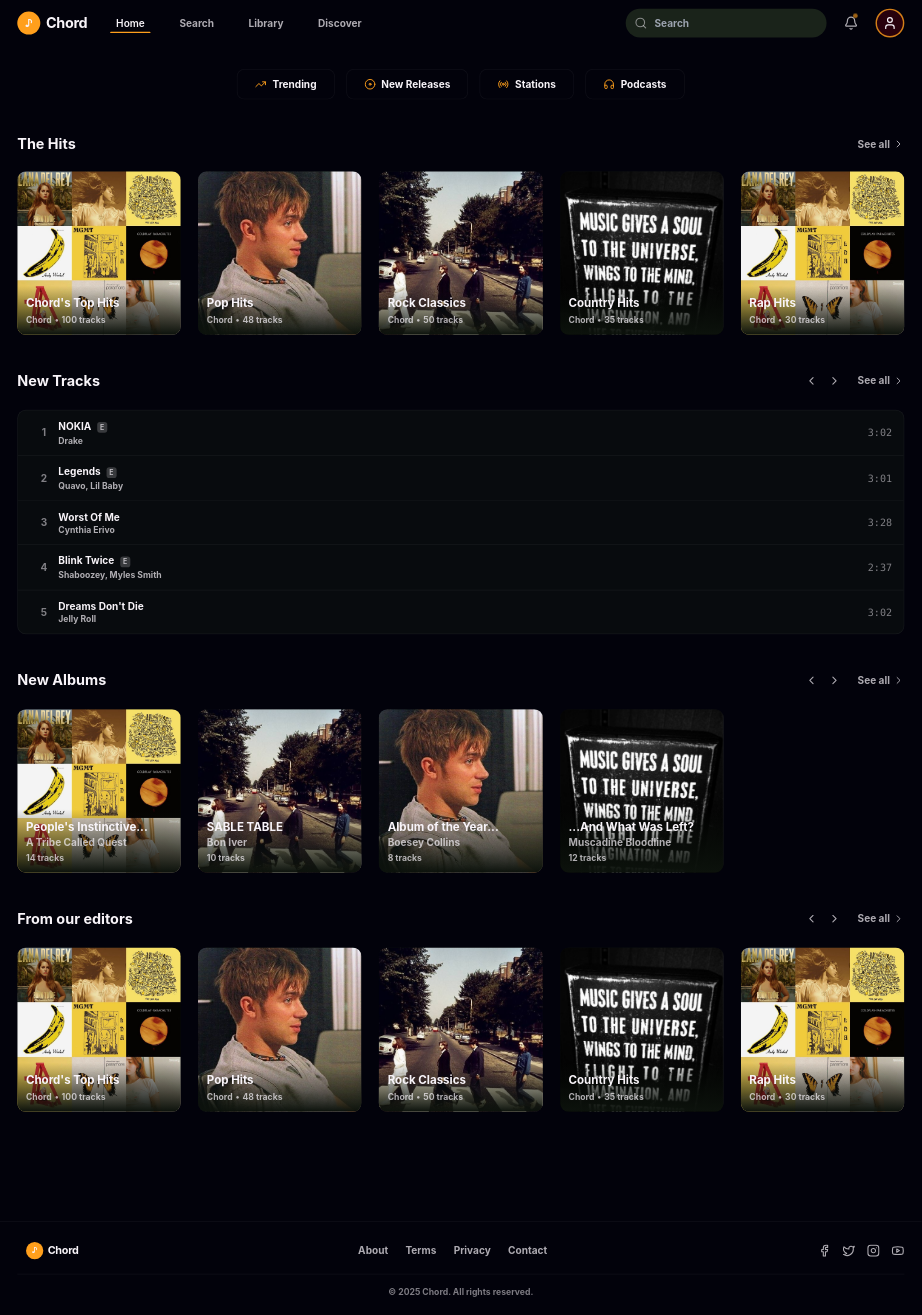
Repository: abhiijay/music-streaming-site
Page: /
These files come from the project's save history. The page is drawn as it stood at one moment and after the next save; the edit follows.
The browser window is 1280 px wide. The pictures show the whole page, at 72% of full size.
The project was rebuilt for these pictures with package versions that can differ from the ones it lists, and the page was loaded fresh each time. Also part of the build but not shown: vite.config.ts, src/components/ui/slider.tsx, src/components/now-playing.tsx, src/components/mini-player.tsx, src/pages/NotFound.tsx, src/hooks/use-toast.ts, src/components/ui/separator.tsx, src/pages/login.tsx and 17 more.

Above is the page before, as saved 2025-04-15 21:26:57.

### index.html
<!DOCTYPE html>
<html lang="en">
  <head>
    <meta charset="UTF-8" />
    <meta name="viewport" content="width=device-width, initial-scale=1.0" />
    <title>chord-blueprint-project</title>
    <meta name="description" content="Lovable Generated Project" />
    <meta name="author" content="Lovable" />

    <meta property="og:title" content="chord-blueprint-project" />
    <meta property="og:description" content="Lovable Generated Project" />
    <meta property="og:type" content="website" />
    <meta property="og:image" content="https://lovable.dev/opengraph-image-p98pqg.png" />

    <meta name="twitter:card" content="summary_large_image" />
    <meta name="twitter:site" content="@lovable_dev" />
    <meta name="twitter:image" content="https://lovable.dev/opengraph-image-p98pqg.png" />
  </head>

  <body>
    <div id="root"></div>
    <!-- IMPORTANT: DO NOT REMOVE THIS SCRIPT TAG OR THIS VERY COMMENT! -->
    <script src="https://cdn.gpteng.co/gptengineer.js" type="module"></script>
    <script type="module" src="/src/main.tsx"></script>
  </body>
</html>

### src/App.tsx

import { Routes, Route } from "react-router-dom";
import Index from "./pages/Index";
import NotFound from "./pages/NotFound";
import Login from "./pages/login";
import Album from "./pages/album";
import Playlist from "./pages/playlist";
import Collection from "./pages/collection";
import ForYou from "./pages/for-you";
import Explore from "./pages/explore";
import Search from "./pages/search";
import Notifications from "./pages/notifications";
import Artist from "./pages/artist";
import Profile from "./pages/profile";
import ViewAllPlaylists from "./pages/view-all-playlists";
import ViewAllAlbums from "./pages/view-all-albums";
import { PlayerProvider } from "./contexts/PlayerContext";
import "./index.css";

function App() {
  return (
    <PlayerProvider>
      <Routes>
        <Route path="/" element={<Index />} />
        <Route path="/login" element={<Login />} />
        <Route path="/album/:id" element={<Album />} />
        <Route path="/playlist/:id" element={<Playlist />} />
        <Route path="/collection" element={<Collection />} />
        <Route path="/collection/playlists" element={<Collection />} />
        <Route path="/collection/favorites" element={<Collection />} />
        <Route path="/for-you" element={<ForYou />} />
        <Route path="/explore" element={<Explore />} />
        <Route path="/search" element={<Search />} />
        <Route path="/notifications" element={<Notifications />} />
        <Route path="/artist/:id" element={<Artist />} />
        <Route path="/profile" element={<Profile />} />
        <Route path="/playlists" element={<ViewAllPlaylists />} />
        <Route path="/albums" element={<ViewAllAlbums />} />
        <Route path="*" element={<NotFound />} />
      </Routes>
    </PlayerProvider>
  );
}

export default App;

### src/components/layout.tsx

import { ReactNode, useState, useEffect } from "react";
import Header from "./header";
import NowPlaying from "./now-playing";
import { cn } from "@/lib/utils";
import MiniPlayer from "./mini-player";
import AmbientBackground from "./ambient-background";
import { Toaster } from "sonner";
import RippleEffect from "./ripple-effect";
import Footer from "./footer";
import { extractDominantColor } from "@/utils/colorUtils";
import { usePlayer } from "@/contexts/PlayerContext";
import { useLocation } from "react-router-dom";

interface LayoutProps {
  children: ReactNode;
  pageColor?: string; // For page-specific theming
}

const Layout = ({ children, pageColor }: LayoutProps) => {
  const [isScrolled, setIsScrolled] = useState(false);
  const [showMiniPlayer, setShowMiniPlayer] = useState(false);
  const [dominantColor, setDominantColor] = useState<string | undefined>(pageColor);
  const { currentSong } = usePlayer();
  const location = useLocation();
  const isHomePage = location.pathname === "/";

  // Extract dominant color from current song if available
  useEffect(() => {
    if (currentSong?.imageUrl) {
      extractDominantColor(currentSong.imageUrl)
        .then(color => {
          setDominantColor(color);
        })
        .catch(err => {
          console.error("Error extracting color:", err);
        });
    } else if (pageColor) {
      setDominantColor(pageColor);
    }
  }, [currentSong, pageColor]);

  useEffect(() => {
    const handleScroll = () => {
      if (window.scrollY > 300) {
        setShowMiniPlayer(true);
        setIsScrolled(true);
      } else {
        setShowMiniPlayer(false);
        setIsScrolled(false);
      }
    };

    window.addEventListener("scroll", handleScroll);
    return () => window.removeEventListener("scroll", handleScroll);
  }, []);

  return (
    <div className="min-h-screen text-chord-text flex flex-col bg-chord-bg">
      {/* Ambient background with enhanced visuals */}
      <AmbientBackground accentColor={dominantColor} />

      {/* Ripple effect for buttons */}
      <RippleEffect color="rgba(194, 1, 20, 0.3)" />

      {/* Toast notifications */}
      <Toaster
        position="top-right"
        closeButton
        className="z-[100]"
      />

      {/* Header */}
      <Header isScrolled={isScrolled} />

      {/* Main content */}
      <main className="pt-16 pb-20 transition-all duration-300 flex-grow">
        <div className="container mx-auto py-6 px-6 animate-fade-in">
          {children}
        </div>
      </main>

      {/* Footer */}
      <Footer />

      {/* Fixed mini player */}
      {showMiniPlayer && <MiniPlayer />}

      {/* Main player */}
      <NowPlaying dominantColor={dominantColor} />
    </div>
  );
};

export default Layout;

### src/components/section-header.tsx

import { Link } from "react-router-dom";
import { ChevronRight, ChevronLeft, ChevronRightIcon } from "lucide-react";
import { cn } from "@/lib/utils";

interface SectionHeaderProps {
  title: string;
  seeAllLink?: string;
  showControls?: boolean;
  className?: string;
}

const SectionHeader = ({
  title,
  seeAllLink,
  showControls = false,
  className,
}: SectionHeaderProps) => {
  return (
    <div
      className={cn(
        "flex items-center justify-between mb-6",
        className
      )}
    >
      <h2 className="text-lg md:text-xl font-bold text-chord-text">
        {title}
      </h2>

      <div className="flex items-center">
        {showControls && (
          <div className="hidden md:flex items-center mr-4">
            <button
              className="w-8 h-8 rounded-full flex items-center justify-center text-chord-text/70 hover:text-chord-text hover:bg-white/5 transition-all duration-200"
              aria-label="Previous"
            >
              <ChevronLeft size={18} />
            </button>
            <button
              className="w-8 h-8 rounded-full flex items-center justify-center text-chord-text/70 hover:text-chord-text hover:bg-white/5 transition-all duration-200"
              aria-label="Next"
            >
              <ChevronRight size={18} />
            </button>
          </div>
        )}

        {seeAllLink && (
          <Link
            to={seeAllLink}
            className="text-sm font-bold text-chord-text/70 hover:text-chord-red flex items-center transition-colors duration-200"
          >
            See all
            <ChevronRightIcon size={16} className="ml-1" />
          </Link>
        )}
      </div>
    </div>
  );
};

export default SectionHeader;

### src/components/ui/button.tsx
import * as React from "react"
import { Slot } from "@radix-ui/react-slot"
import { cva, type VariantProps } from "class-variance-authority"

import { cn } from "@/lib/utils"

const buttonVariants = cva(
  "inline-flex items-center justify-center gap-2 whitespace-nowrap rounded-md text-sm font-medium ring-offset-background transition-colors focus-visible:outline-none focus-visible:ring-2 focus-visible:ring-ring focus-visible:ring-offset-2 disabled:pointer-events-none disabled:opacity-50 [&_svg]:pointer-events-none [&_svg]:size-4 [&_svg]:shrink-0",
  {
    variants: {
      variant: {
        default: "bg-primary text-primary-foreground hover:bg-primary/90",
        destructive:
          "bg-destructive text-destructive-foreground hover:bg-destructive/90",
        outline:
          "border border-input bg-background hover:bg-accent hover:text-accent-foreground",
        secondary:
          "bg-secondary text-secondary-foreground hover:bg-secondary/80",
        ghost: "hover:bg-accent hover:text-accent-foreground",
        link: "text-primary underline-offset-4 hover:underline",
      },
      size: {
        default: "h-10 px-4 py-2",
        sm: "h-9 rounded-md px-3",
        lg: "h-11 rounded-md px-8",
        icon: "h-10 w-10",
      },
    },
    defaultVariants: {
      variant: "default",
      size: "default",
    },
  }
)

export interface ButtonProps
  extends React.ButtonHTMLAttributes<HTMLButtonElement>,
    VariantProps<typeof buttonVariants> {
  asChild?: boolean
}

const Button = React.forwardRef<HTMLButtonElement, ButtonProps>(
  ({ className, variant, size, asChild = false, ...props }, ref) => {
    const Comp = asChild ? Slot : "button"
    return (
      <Comp
        className={cn(buttonVariants({ variant, size, className }))}
        ref={ref}
        {...props}
      />
    )
  }
)
Button.displayName = "Button"

export { Button, buttonVariants }

### src/components/app-logo.tsx

import { cn } from "@/lib/utils";

interface AppLogoProps {
  size?: "small" | "medium" | "large";
  className?: string;
}

const AppLogo = ({ size = "medium", className }: AppLogoProps) => {
  return (
    <div className={cn(
      "flex items-center",
      size === "small" && "scale-75",
      size === "large" && "scale-125",
      className
    )}>
      <div className="flex items-center">
        <div className="w-8 h-8 bg-chord-red rounded-full flex items-center justify-center mr-2">
          <span className="text-chord-text font-bold text-sm">♪</span>
        </div>
        <span className="text-chord-text font-bold text-xl tracking-tight">Chord</span>
      </div>
    </div>
  );
};

export default AppLogo;

### src/components/ripple-effect.tsx

import { useEffect, useState } from "react";

interface RippleEffectProps {
  color?: string;
  duration?: number;
}

interface Ripple {
  x: number;
  y: number;
  size: number;
  id: number;
}

export const RippleEffect = ({ color = "rgba(255, 255, 255, 0.3)", duration = 600 }: RippleEffectProps) => {
  const [ripples, setRipples] = useState<Ripple[]>([]);

  useEffect(() => {
    const element = document.documentElement;
    let rippleCount = 0;

    const createRipple = (e: MouseEvent) => {
      // Only create ripple on buttons, links, and elements with ripple class
      const target = e.target as HTMLElement;

      if (
        target.tagName === "BUTTON" ||
        target.tagName === "A" ||
        target.classList.contains("ripple-effect") ||
        target.closest(".btn") ||
        target.closest(".ripple-effect")
      ) {
        // Get element position
        const rect = (e.currentTarget as HTMLElement).getBoundingClientRect();
        const x = e.clientX - rect.left;
        const y = e.clientY - rect.top;

        // Determine ripple size based on element's diagonal
        const size = Math.max(rect.width, rect.height) * 2;

        // Create new ripple
        const newRipple: Ripple = {
          x,
          y,
          size,
          id: rippleCount++
        };

        setRipples(prevRipples => [...prevRipples, newRipple]);

        // Remove ripple after animation
        setTimeout(() => {
          setRipples(prevRipples => prevRipples.filter(r => r.id !== newRipple.id));
        }, duration);
      }
    };

    // Add click listener to document
    document.addEventListener('mousedown', createRipple);

    return () => {
      document.removeEventListener('mousedown', createRipple);
    };
  }, [duration, color]);

  return (
    <>
      {ripples.map(ripple => (
        <span
          key={ripple.id}
          className="ripple absolute pointer-events-none rounded-full"
          style={{
            left: ripple.x - ripple.size / 2 + 'px',
            top: ripple.y - ripple.size / 2 + 'px',
            width: ripple.size + 'px',
            height: ripple.size + 'px',
            backgroundColor: color,
            animationDuration: duration + 'ms'
          }}
        />
      ))}
    </>
  );
};

export default RippleEffect;

### src/components/footer.tsx

import { Link } from "react-router-dom";
import { Facebook, Twitter, Instagram, Youtube } from "lucide-react";
import { cn } from "@/lib/utils";
import AppLogo from "./app-logo";

const Footer = () => {
  return (
    <footer className="border-t border-white/5 py-6">
      <div className="container mx-auto px-6">
        <div className="flex justify-between items-center">
          {/* Logo */}
          <div className="flex items-center">
            <AppLogo size="small" />
          </div>

          {/* Links */}
          <div className="flex items-center space-x-6">
            <Link to="/about" className="text-chord-text/70 hover:text-chord-text text-sm font-bold">
              About
            </Link>
            <Link to="/terms" className="text-chord-text/70 hover:text-chord-text text-sm font-bold">
              Terms
            </Link>
            <Link to="/privacy" className="text-chord-text/70 hover:text-chord-text text-sm font-bold">
              Privacy
            </Link>
            <Link to="/contact" className="text-chord-text/70 hover:text-chord-text text-sm font-bold">
              Contact
            </Link>
          </div>

          {/* Social Icons */}
          <div className="flex items-center space-x-4">
            <a
              href="https://facebook.com"
              target="_blank"
              rel="noopener noreferrer"
              className="text-chord-text/70 hover:text-chord-text hover:scale-110 transition-all duration-200"
            >
              <Facebook size={18} />
            </a>
            <a
              href="https://twitter.com"
              target="_blank"
              rel="noopener noreferrer"
              className="text-chord-text/70 hover:text-chord-text hover:scale-110 transition-all duration-200"
            >
              <Twitter size={18} />
            </a>
            <a
              href="https://instagram.com"
              target="_blank"
              rel="noopener noreferrer"
              className="text-chord-text/70 hover:text-chord-text hover:scale-110 transition-all duration-200"
            >
              <Instagram size={18} />
            </a>
            <a
              href="https://youtube.com"
              target="_blank"
              rel="noopener noreferrer"
              className="text-chord-text/70 hover:text-chord-text hover:scale-110 transition-all duration-200"
            >
              <Youtube size={18} />
            </a>
          </div>
        </div>

        <div className="mt-4 border-t border-white/5 pt-4 flex justify-center">
          <p className="text-chord-text/50 text-xs font-bold">
            &copy; {new Date().getFullYear()} Chord. All rights reserved.
          </p>
        </div>
      </div>
    </footer>
  );
};

export default Footer;

### src/components/ui/tooltip.tsx

import * as React from "react";
import * as TooltipPrimitive from "@radix-ui/react-tooltip";

import { cn } from "@/lib/utils";

const TooltipProvider = TooltipPrimitive.Provider;

const Tooltip = TooltipPrimitive.Root;

const TooltipTrigger = TooltipPrimitive.Trigger;

const TooltipContent = React.forwardRef<
  React.ElementRef<typeof TooltipPrimitive.Content>,
  React.ComponentPropsWithoutRef<typeof TooltipPrimitive.Content>
>(({ className, sideOffset = 4, ...props }, ref) => (
  <TooltipPrimitive.Content
    ref={ref}
    sideOffset={sideOffset}
    className={cn(
      "z-50 overflow-hidden rounded-md bg-chord-gray px-3 py-1.5 text-xs text-white animate-in fade-in-0 zoom-in-95 data-[state=closed]:animate-out data-[state=closed]:fade-out-0 data-[state=closed]:zoom-out-95 data-[side=bottom]:slide-in-from-top-2 data-[side=left]:slide-in-from-right-2 data-[side=right]:slide-in-from-left-2 data-[side=top]:slide-in-from-bottom-2",
      className
    )}
    {...props}
  />
));
TooltipContent.displayName = TooltipPrimitive.Content.displayName;

export { Tooltip, TooltipTrigger, TooltipContent, TooltipProvider };

### tailwind.config.ts

import type { Config } from "tailwindcss";

export default {
	darkMode: ["class"],
	content: [
		"./pages/**/*.{ts,tsx}",
		"./components/**/*.{ts,tsx}",
		"./app/**/*.{ts,tsx}",
		"./src/**/*.{ts,tsx}",
	],
	prefix: "",
	theme: {
		container: {
			center: true,
			padding: '2rem',
			screens: {
				'2xl': '1400px'
			}
		},
		extend: {
			colors: {
				border: 'hsl(var(--border))',
				input: 'hsl(var(--input))',
				ring: 'hsl(var(--ring))',
				background: 'hsl(var(--background))',
				foreground: 'hsl(var(--foreground))',
				primary: {
					DEFAULT: 'hsl(var(--primary))',
					foreground: 'hsl(var(--primary-foreground))'
				},
				secondary: {
					DEFAULT: 'hsl(var(--secondary))',
					foreground: 'hsl(var(--secondary-foreground))'
				},
				destructive: {
					DEFAULT: 'hsl(var(--destructive))',
					foreground: 'hsl(var(--destructive-foreground))'
				},
				muted: {
					DEFAULT: 'hsl(var(--muted))',
					foreground: 'hsl(var(--muted-foreground))'
				},
				accent: {
					DEFAULT: 'hsl(var(--accent))',
					foreground: 'hsl(var(--accent-foreground))'
				},
				popover: {
					DEFAULT: 'hsl(var(--popover))',
					foreground: 'hsl(var(--popover-foreground))'
				},
				card: {
					DEFAULT: 'hsl(var(--card))',
					foreground: 'hsl(var(--card-foreground))'
				},
				// Core Chord color palette
				'chord-bg': '#0C120C',
				'chord-red': '#C20114',
				'chord-text': '#F8F4F9',
				'chord-hover': '#1a231a',
				'chord-active': '#C20114',
			},
			borderRadius: {
				lg: 'var(--radius)',
				md: 'calc(var(--radius) - 2px)',
				sm: 'calc(var(--radius) - 4px)',
				'2xl': '1rem'
			},
			keyframes: {
				'accordion-down': {
					from: { height: '0' },
					to: { height: 'var(--radix-accordion-content-height)' },
				},
				'accordion-up': {
					from: { height: 'var(--radix-accordion-content-height)' },
					to: { height: '0' },
				},
				'fade-in': {
					'0%': { opacity: '0' },
					'100%': { opacity: '1' }
				},
				'fade-out': {
					'0%': { opacity: '1' },
					'100%': { opacity: '0' }
				},
				'scale-in': {
					'0%': { transform: 'scale(0.95)', opacity: '0' },
					'100%': { transform: 'scale(1)', opacity: '1' }
				},
				'scale-out': {
					'0%': { transform: 'scale(1)', opacity: '1' },
					'100%': { transform: 'scale(0.95)', opacity: '0' }
				},
				'slide-in': {
					'0%': { transform: 'translateX(-100%)' },
					'100%': { transform: 'translateX(0)' }
				},
				'slide-right': {
					'0%': { transform: 'translateX(0)' },
					'100%': { transform: 'translateX(100%)' }
				},
				'slide-up': {
					'0%': { transform: 'translateY(100%)' },
					'100%': { transform: 'translateY(0)' }
				},
				'slide-down': {
					'0%': { transform: 'translateY(0)' },
					'100%': { transform: 'translateY(100%)' }
				},
				'pulse': {
					'0%, 100%': { opacity: '1' },
					'50%': { opacity: '0.5' }
				},
				'glow-pulse': {
					'0%, 100%': { boxShadow: '0 0 5px 0 rgba(194, 1, 20, 0.3)' },
					'50%': { boxShadow: '0 0 20px 5px rgba(194, 1, 20, 0.6)' }
				},
				'ripple': {
					'0%': { transform: 'scale(0)', opacity: '1' },
					'100%': { transform: 'scale(4)', opacity: '0' }
				},
				'rotation': {
					'0%': { transform: 'rotate(0deg)' },
					'100%': { transform: 'rotate(360deg)' }
				},
				'bounce': {
					'0%, 100%': { transform: 'translateY(0)' },
					'50%': { transform: 'translateY(-25%)' }
				},
				'wave': {
					'0%': { transform: 'scaleY(1)' },
					'50%': { transform: 'scaleY(0.5)' },
					'100%': { transform: 'scaleY(1)' }
				},
				'float': {
					'0%': { transform: 'translateY(0)', opacity: '0.3' },
					'50%': { transform: 'translateY(-10px)', opacity: '1' },
					'100%': { transform: 'translateY(-20px)', opacity: '0' }
				},
				'ambient-wave': {
					'0%': { transform: 'translateX(0) translateY(0)' },
					'50%': { transform: 'translateX(5px) translateY(-5px)' },
					'100%': { transform: 'translateX(0) translateY(0)' }
				},
				'parallax-float': {
					'0%': { transform: 'translateY(0px)' },
					'50%': { transform: 'translateY(-5px)' },
					'100%': { transform: 'translateY(0px)' }
				},
				'color-transition': {
					'0%': { opacity: '0' },
					'100%': { opacity: '1' }
				}
			},
			animation: {
				'accordion-down': 'accordion-down 0.2s ease-out',
				'accordion-up': 'accordion-up 0.2s ease-out',
				'fade-in': 'fade-in 0.3s ease-out',
				'fade-out': 'fade-out 0.3s ease-out',
				'scale-in': 'scale-in 0.2s ease-out',
				'scale-out': 'scale-out 0.2s ease-out',
				'slide-in': 'slide-in 0.3s ease-out',
				'slide-right': 'slide-right 0.3s ease-out',
				'slide-up': 'slide-up 0.3s ease-out',
				'slide-down': 'slide-down 0.3s ease-out',
				'pulse': 'pulse 2s infinite ease-in-out',
				'glow-pulse': 'glow-pulse 2s infinite ease-in-out',
				'ripple': 'ripple 0.7s ease-out',
				'spin': 'rotation 1s linear infinite',
				'bounce': 'bounce 1s ease infinite',
				'wave': 'wave 1.2s ease-in-out infinite',
				'float': 'float 3s ease-in-out infinite',
				'ambient': 'ambient-wave 8s ease-in-out infinite',
				'parallax-hover': 'parallax-float 3s ease-in-out infinite',
				'color-fade': 'color-transition 0.5s ease-in-out'
			},
			backgroundImage: {
				'gradient-radial': 'radial-gradient(var(--tw-gradient-stops))',
				'gradient-conic': 'conic-gradient(from 180deg at 50% 50%, var(--tw-gradient-stops))',
				'glass-gradient': 'linear-gradient(to bottom right, rgba(255, 255, 255, 0.05), rgba(255, 255, 255, 0.01))'
			}
		}
	},
	plugins: [require("tailwindcss-animate")],
} satisfies Config;

Loaded but not shown: src/main.tsx (common file); src/lib/utils.ts (common file); src/utils/colorUtils.ts (345 lines, source omitted); src/contexts/PlayerContext.tsx (346 lines, source omitted); src/components/ui/dropdown-menu.tsx (198 lines, source omitted); src/index.css (318 lines, source omitted); src/components/header.tsx (184 lines, source omitted); src/pages/Index.tsx (183 lines, source omitted); src/components/ambient-background.tsx (136 lines, source omitted); src/components/track-item.tsx (133 lines, source omitted); src/components/playlist-card.tsx (98 lines, source omitted)

After the next save:
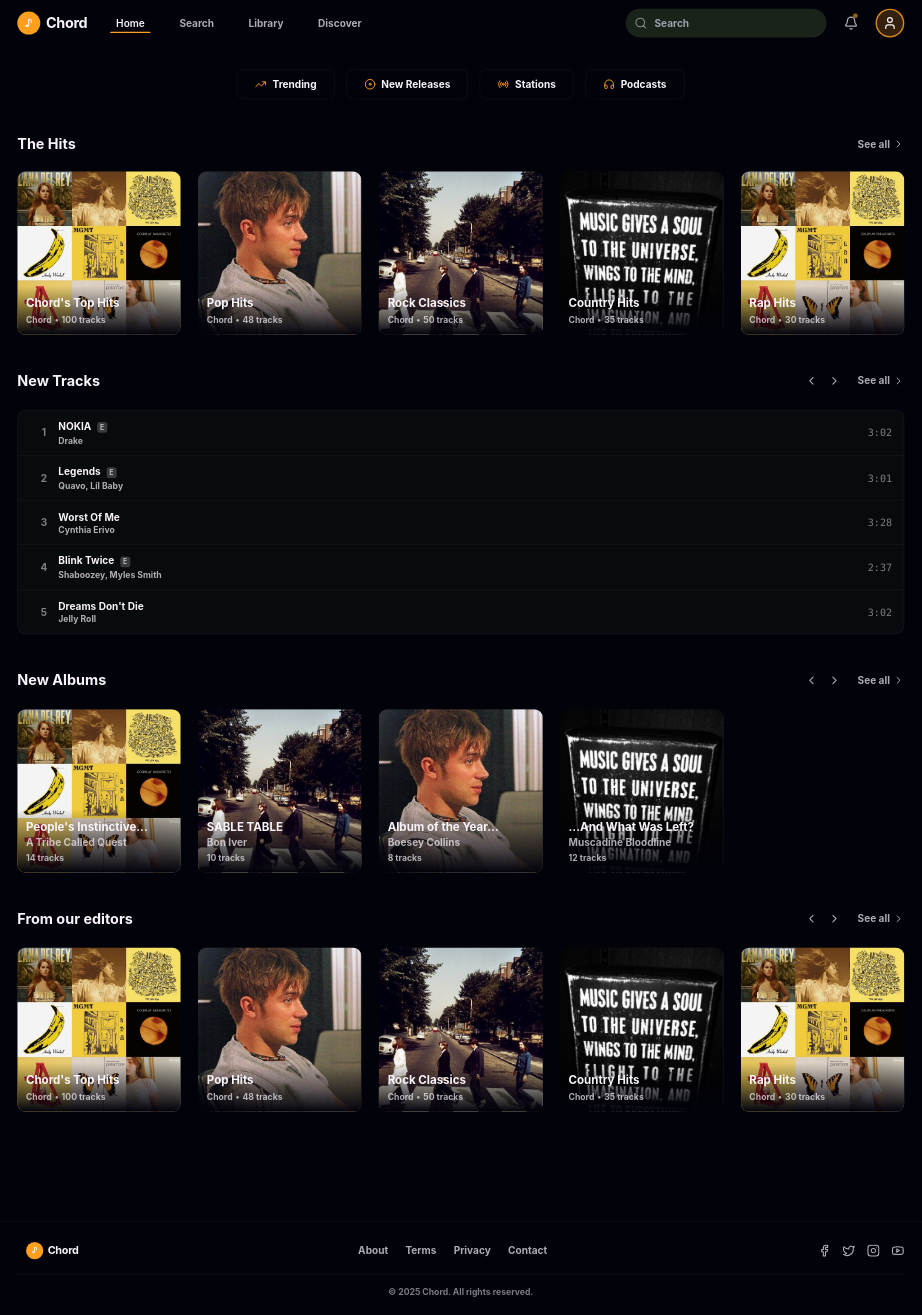
Saved 78 s later.
--- a/tailwind.config.ts
+++ b/tailwind.config.ts
@@ -54,11 +54,11 @@ export default {
 					foreground: 'hsl(var(--card-foreground))'
 				},
 				// Core Chord color palette
-				'chord-bg': '#0C120C',
-				'chord-red': '#C20114',
+				'chord-bg': '#02020B',
+				'chord-red': '#FF9F1C',
 				'chord-text': '#F8F4F9',
 				'chord-hover': '#1a231a',
-				'chord-active': '#C20114',
+				'chord-active': '#FF9F1C',
 			},
 			borderRadius: {
 				lg: 'var(--radius)',
